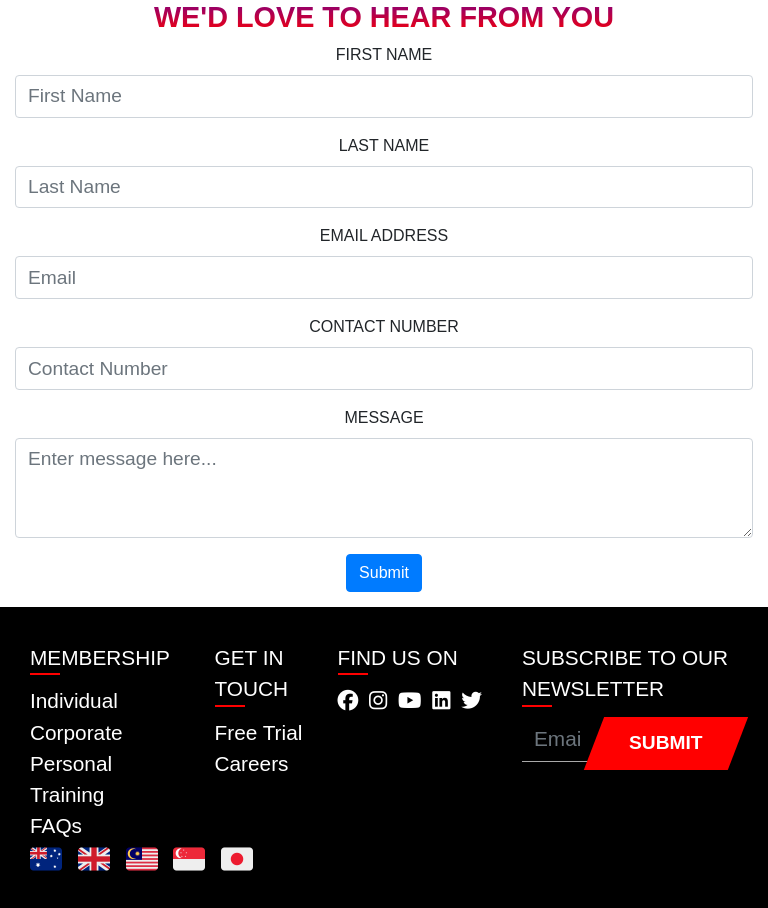
Repository: KJY93/User_Centric_Frontend_Development_Project
Page: contact.html
The author's editor kept a record of every edit. The page is drawn from the files as they stood at one moment, then again after the next edit.
The browser window is 768 px wide. The pictures show the part of the page from y = 513 to 1618 px (the page is 1421 px tall before and 1618 px after).
Some web fonts or font styles are not loaded; a fallback is used. Some web libraries are served in a nearby version.

Above is the page before.

### contact.html
<!DOCTYPE html>
<html lang="en-US">
	<head>
	    <meta charset="UTF-8">
	    <meta name="viewport" content="width=device-width, initial-scale=1.0">
	    <meta http-equiv="X-UA-Compatible" content="ie=edge">
	    <title>Shape Shifters | Our Clubs</title>

		<!-- Google Fonts -->
	    <link href="https://fonts.googleapis.com/css?family=Cute+Font&display=swap" rel="stylesheet">

	    <!-- Logo -->
	    <link rel="icon" href="static/fitness-logo.ico">

	    <!-- Bootstrap CSS -->
	    <link rel="stylesheet" href="https://stackpath.bootstrapcdn.com/bootstrap/4.3.1/css/bootstrap.min.css" integrity="sha384-ggOyR0iXCbMQv3Xipma34MD+dH/1fQ784/j6cY/iJTQUOhcWr7x9JvoRxT2MZw1T" crossorigin="anonymous">

	    <!-- External CSS StyleSheet -->
		<link rel="stylesheet" type="text/css" href="static/styles.css">

		<!-- Bootstrap JS -->
	    <script src="https://code.jquery.com/jquery-3.3.1.slim.min.js" integrity="sha384-q8i/X+965DzO0rT7abK41JStQIAqVgRVzpbzo5smXKp4YfRvH+8abtTE1Pi6jizo" crossorigin="anonymous"></script>
	    <script src="https://cdnjs.cloudflare.com/ajax/libs/popper.js/1.14.7/umd/popper.min.js" integrity="sha384-UO2eT0CpHqdSJQ6hJty5KVphtPhzWj9WO1clHTMGa3JDZwrnQq4sF86dIHNDz0W1" crossorigin="anonymous"></script>
	    <script src="https://stackpath.bootstrapcdn.com/bootstrap/4.3.1/js/bootstrap.min.js" integrity="sha384-JjSmVgyd0p3pXB1rRibZUAYoIIy6OrQ6VrjIEaFf/nJGzIxFDsf4x0xIM+B07jRM" crossorigin="anonymous"></script>

	    <!-- Font Awesome -->
	    <script src="https://kit.fontawesome.com/3df94da5fe.js"></script>
	</head>
	<body>
	    <main>
	        <!-- Navbar -->
			<nav class="navbar navbar-expand-md navbar-dark bg-danger">
			  	<a class="navbar-brand" href="#"><i class="fas fa-home"></i></a>
			  	<button class="navbar-toggler" type="button" data-toggle="collapse" data-target="#navbarNav">
			    <span class="navbar-toggler-icon"></span>
			  	</button>
			  	<div class="collapse navbar-collapse" id="navbarNav">
			    	<ul class="navbar-nav ml-auto">
			      		<li class="nav-item">
			        		<a class="nav-link" href="#">Clubs</a>
			      		</li>
			      		<li class="nav-item">
			        		<a class="nav-link" href="#">Timetables</a>
			      		</li>
			    	</ul>

			    	<ul class="navbar-nav ml-auto">
			      		<li class="nav-item">
			        		<a class="nav-link" href="#">Contact Us</a>
			      		</li>
			    	</ul>
			  	</div>
			</nav>

			<!-- Timetables background -->
			<div id="contact-us-background"></div>

			<!-- Contact Us Header-->
			<div>
				<h1 class="club-header contact-us"><strong>WE'D LOVE TO HEAR FROM YOU</strong></h1>
			</div>

			<div class="container-fluid">

                <form method="post" action="">
                    <div class="form-group">
                        <div class="form-attribute"><label for="firstname">FIRST NAME</label></div>
                        <input type="text" class="form-control form-placeholder" id="firstname" placeholder="First Name">
                    </div>

                    <div class="form-group">
                        <div class="form-attribute"><label for="lastname">LAST NAME</label></div>
                        <input type="text" class="form-control form-placeholder" id="lastname" placeholder="Last Name">
                    </div>

                    <div class="form-group">
                        <div class="form-attribute"><label for="email-address">EMAIL ADDRESS</label></div>
                        <input type="email" class="form-control form-placeholder" id="email-address" placeholder="Email">
                    </div>

                    <div class="form-group">
                        <div class="form-attribute"><label for="contact-number">CONTACT NUMBER</label></div>
                        <input type="text" class="form-control form-placeholder" id="contact-number" placeholder="Contact Number">
                    </div>

                    <div class="form-group">
                        <div class="form-attribute"><label for="message-field">MESSAGE</label></div>
                        <textarea class="form-control form-placeholder" id="message-field" rows="3" placeholder="Enter message here..."></textarea>
                    </div>

                    <div class="generic-submit-btn-container"><button type="submit" class="btn btn-primary">Submit</button></div>
                </form>
			</div>

			<!-- Footer -->
			<footer>
				<div class="container-fluid">
					<div class="row">
						<div class="col-sm-12 col-md-3">
							<div>MEMBERSHIP</div>
							<div class="separator"></div>
							<div>Individual</div>
							<div>Corporate</div>
							<div>Personal Training</div>
							<div>FAQs</div>
						</div>

						<div class="col-sm-12 col-md-2">
							<div>GET IN TOUCH</div>
							<div class="separator"></div>
							<div>Free Trial</div>
							<div>Careers</div>
						</div>

						<div class="col-sm-12 col-md-3">
							<div>FIND US ON</div>
							<div class="separator"></div>
							<div>
								<i class="fab fa-facebook social-media-logo"></i>
								<i class="fab fa-instagram social-media-logo"></i>
								<i class="fab fa-youtube social-media-logo"></i>
								<i class="fab fa-linkedin social-media-logo"></i>
								<i class="fab fa-twitter social-media-logo"></i>
							</div>
						</div>

						<div class="col-sm-12 col-md-4">
							<div>SUBSCRIBE TO OUR NEWSLETTER</div>

							<div class="separator"></div>

							<form method="post" action="">
								<div class="input-field-container">
									<div class="form-group">
										<input input id="subscription" type="email" class="form-control" placeholder="Email" required>
									</div>

									<div class="each">
										<button type="button" class="submit-btn" value="submit"><span>SUBMIT</span></button>
									</div>
								</div>
							</form>
						</div>

						<div class="col-sm-12">
							<img class="flag-logo" src="static/australia-flag.png" alt="australia flag"/>
							<img class="flag-logo" src="static/uk-flag.png" alt="uk flag"/>
							<img class="flag-logo" src="static/mys-flag.png" alt="malaysia flag"/>
							<img class="flag-logo" src="static/sg-flag.png" alt="singapore flag"/>
							<img class="flag-logo" src="static/jpn-flag.png" alt="japan flag"/>
						</div>
					</div>
				</div>
			</footer>

	   </main>
	</body>
</html>

### static/styles.css
body, html {
	height: 100%;
}

body {
	font-family: 'Cute Font', cursive, sans-serif;
}

#subscription {
  background: transparent;
  border: none;
  border-bottom: 1px solid #a9a9a9;
  box-shadow: none;
  border-radius: 0;
}

.iframe-video-size {
	width: 300px;
	height: 320px;
}

.social-media-logo {
	margin-right: 5px;
}

.separator {
	margin-bottom: 10px;
	height: 2px;
	width: 30px;
	background: rgb(255, 0, 0);
	z-index: 1;
}

.row {
	margin-left: 0;
	margin-right: 0;
}

#advert > h1 {
	color: #ffffff;
}

#signup-link {
	color: #ffffff;
}

input[type="email"] {
 	font-size: 1em;
}

.col-sm-12, .col-md-6, .nav-link, #signup-link {
	font-size: 1.3em;
}

.link-deco:link {
	text-decoration: none;
}

.link-deco:hover {
	font-size:120%;
}

.link-font-color, button > .link-deco:hover {
	color: #ffffff;
}

.box2, .box3 {
	background: rgba(255,117,117,0.1);
}

.button-container, p, .challenge-container, #signup-container, .box3, .box2 {
	text-align: center;
}

#divider {
	width: 100%;
	border: 1px solid black;
}

footer {
	padding-top: 35px;
	padding-bottom: 35px;
	background: rgba(0, 0, 0);
	color: #ffffff;
}

.box1 {
	background:url('../static/background-mobile.jpg');
	background-repeat: no-repeat;
	background-size: 100% 100%;
	height: 400px;
	display: flex;
	align-items: center;
	justify-content: center;
}

/*https://codepen.io/adamjohnson/pen/aokGt*/
/* Skew button design adapted from the above codepen project*/
.submit-btn {
	color: #fff;
	background: #ff0000;
	font-weight: 700;
	text-align: center;
	text-decoration: none;
	border: 0;
	outline: 0;
	font-size: 1.2rem;
	padding: 12px 35px;
	display: inline-block;
	transform: skew(-21deg);
	border-radius: 0;
}

.input-field-container {
	display: flex;
	flex-direction: row;
}

.submit-btn:hover {
	background: #0069a8;
}

span {
	display: inline-block; /* change to inline-block so that the text can be un-skewed*/
}

.submit-btn > span {
	-webkit-transform: skew(21deg);  /* Un-skew the text */
}

.btn-group {
	padding-left: 15px;
}

.flag-logo {
	padding-right: 10px;
}

#club-header-background {
	background:url('../static/bodycombat.jpg');
	background-repeat: no-repeat;
	background-size: 100% 100%;
	height: 200px;
}

.club-header {
	text-align: center;
	background: linear-gradient(to top, #ff0000 , #800080);
	-webkit-background-clip: text;
	-webkit-text-fill-color: transparent;
	font-size: 2.5em;
}

.location {
	display: flex;
	flex-direction: column;
	justify-content: center;
	align-items: center;
	color: #ffffff;
	margin-bottom: 20px;
}

.location:link {
	text-decoration: none;
}

.location:hover {
	opacity: 0.8;
}

.location:hover .location-name, .location:hover .club-info {
	background: linear-gradient(to top, #ff0000 , #ff9800);
	-webkit-background-clip: text;
	-webkit-text-fill-color: transparent;
}

.location-name {
	font-size: 2.3em;
}

.club-info {
	font-size: 1.2em;
	border: 1px solid #ffffff;
	padding-left: 20px;
	padding-right: 20px;
	border-radius: 20px;
}

#location-image-1 {
	background:url('../static/paragon.jpg');
    background-size: 100% 100%;
    background-repeat: no-repeat;
    background-position: center;
	border-radius: 10px;
	height: 250px;
}

#location-image-2 {
	background:url('../static/clarke-quay.jpg');
    background-size: 100% 100%;
    background-repeat: no-repeat;
    background-position: center;
	border-radius: 10px;
	height: 250px;
}

#location-image-3 {
	background:url('../static/tanjongpagar.jpg');
    background-size: 100% 100%;
    background-repeat: no-repeat;
    background-position: center;
	border-radius: 10px;
	height: 250px;
}

#location-image-4 {
	background:url('../static/vivocity.jpg');
    background-size: 100% 100%;
    background-repeat: no-repeat;
    background-position: center;
	border-radius: 10px;
	height: 250px;
}

#location-image-5 {
	background:url('../static/rafflesplace.jpg');
    background-size: 100% 100%;
    background-repeat: no-repeat;
    background-position: center;
	border-radius: 10px;
	height: 250px;
}

#location-image-6 {
	background:url('../static/rafflesmall.jpg');
    background-size: 100% 100%;
    background-repeat: no-repeat;
    background-position: center;
	border-radius: 10px;
	height: 250px;
}

#timetables-header-background {
	background:url('../static/groupyoga.jpg');
	background-repeat: no-repeat;
	background-size: 100% 100%;
	height: 250px;
}

/* override text alignment and font-size*/
.table {
	text-align: center;
	font-size: 1.3rem;
}

#contact-us-background {
	background:url('../static/reachout.jpg');
	background-repeat: no-repeat;
	background-size: 100% 100%;
	height: 200px;
}


.generic-submit-btn-container, .form-attribute {
	text-align: center;
}

.contact-us {
	font-size: 1.8em;
}

.generic-submit-btn-container {
	margin-bottom: 15px;
}

#contact-form, .form-placeholder:placeholder-shown, textarea:placeholder-shown {
  font-size: 1.2em;
}

/* for extra small device */
@media (max-width: 400px) {
	.iframe-video-size {
	width: 260px;
	height: 320px;
	}

	#club-header-background {
		height: 160px;
	}

	.club-header {
		font-size: 2.0em;
	}

	.location-name {
		font-size: 2.0em;
	}

	.club-info {
		font-size: 1.0em;
	}

	.contact-us {
		font-size: 1.5em;
	}
}

/* for medium screen device */
@media (min-width: 768px) and (max-width: 991.98px) {
	.box1 {
		background:url('../static/background.jpg');
		background-repeat: no-repeat;
		height: 550px;
		background-size: 100% 100%;
	}

	.box2 {
		text-align: center;
	}

	.btn-group {
		padding-left: 0;
	}

	.iframe-video-size {
		width: 340px;
		height: 320px;
	}

	#timetables-header-background {
		height: 450px;
	}

	.table {
		font-size: 1.8rem;
	}

	#contact-us-background {
		height: 450px;
	}


}

/* for large screen device */
@media (min-width: 992px) {
	.box1 {
		height: 600px;
	}

	.btn-group {
		padding-left: 0;
	}

	.submit-btn {
		padding: 3px 35px;
	}

	.iframe-video-size {
		width: 470px;
		height: 320px;
	}

	#club-header-background {
		height: 376px;
	}

	#timetables-header-background {
		height: 600px;
	}
}

After the next edit:
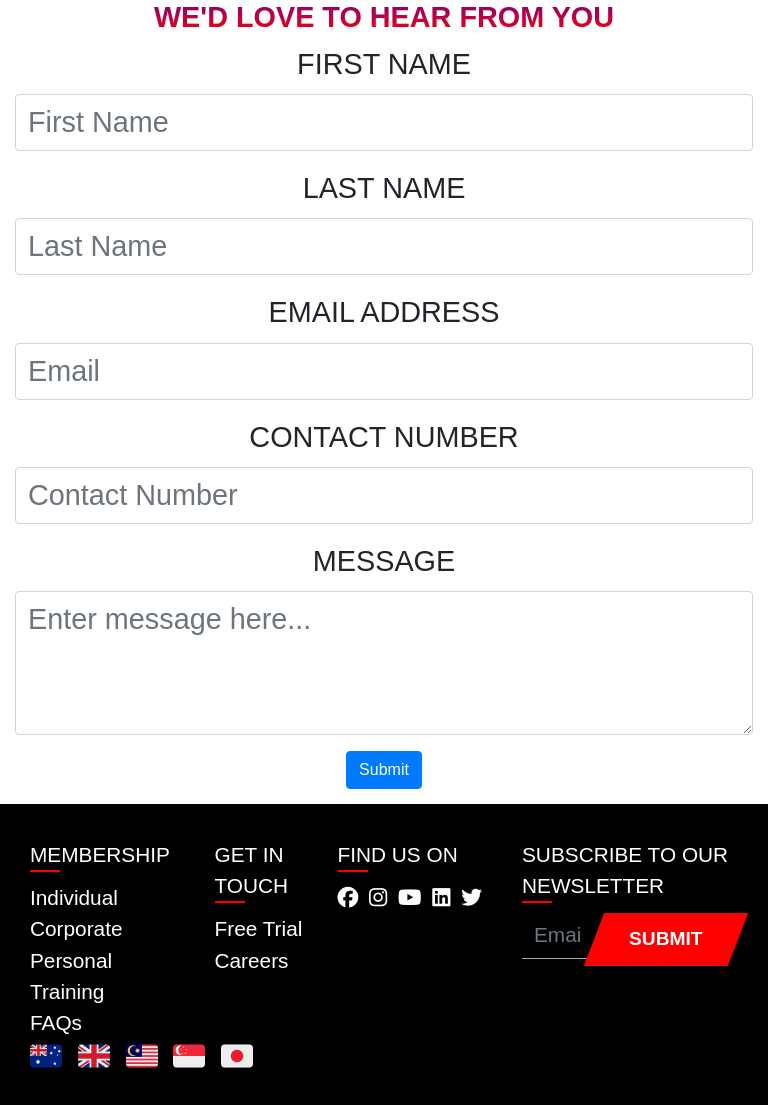
The edit:
--- a/static/styles.css
+++ b/static/styles.css
@@ -339,7 +339,9 @@
 		height: 450px;
 	}
 
-
+	.form-attribute, .form-placeholder:placeholder-shown, textarea:placeholder-shown {
+	  font-size: 1.8em;
+	}
 }
 
 /* for large screen device */
